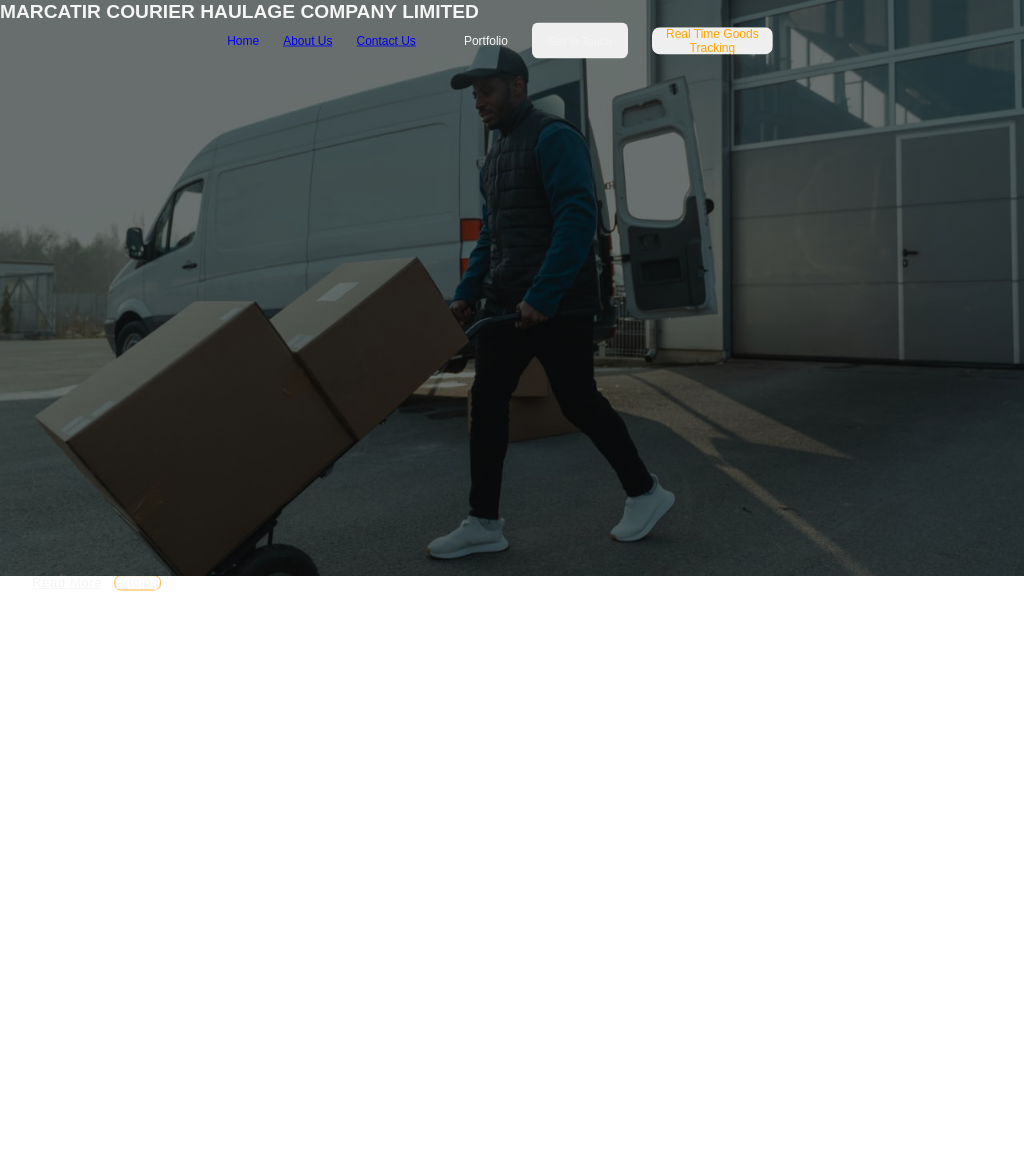
Repository: YagahAi/MARCATIR
Page: INDEX.HTML
An editor plug-in stored every save of this project. The page is shown before and after the next save, followed by the edit.
The browser window is 1280 px wide. The pictures show the whole page, at 80% of full size.

Above is the page before, as saved 2023-09-15 02:28:32.

After the next save:
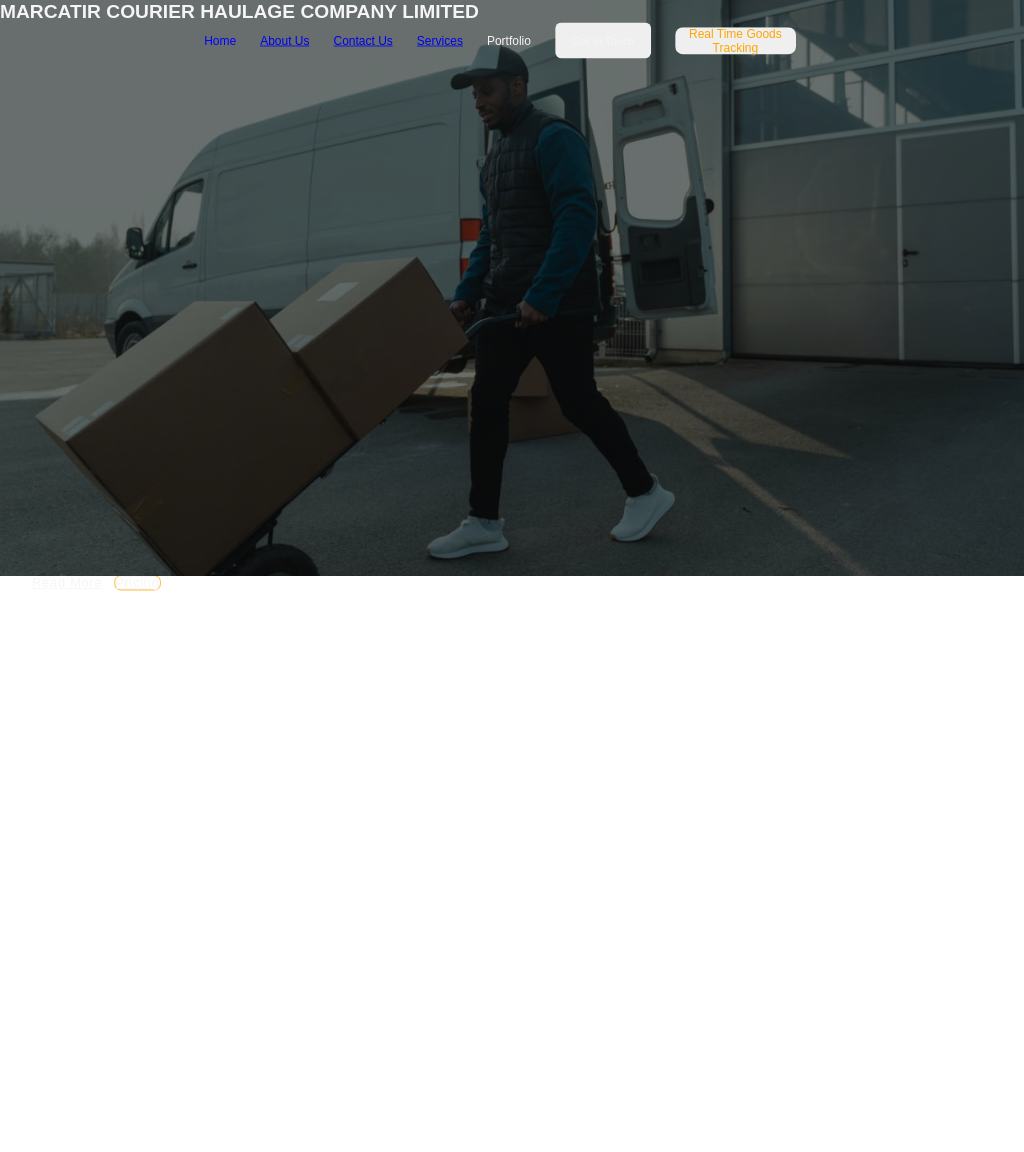
Saved 11 s later.
--- a/INDEX.HTML
+++ b/INDEX.HTML
@@ -14,7 +14,7 @@
                 <li class="active">Home</li>
                 <li><a href="/aboutus.html">About Us</a></li>
                 <li><a href="/contactus.html">Contact Us</a></li>
-                <li><a href="services.html"></a></li>
+                <li><a href="services.html">Services</a></li>
                 <li>Portfolio</li>
                 <li><a href="/form.html" target="_blank"><button class="btn">Get In Touch</button></a></li>
                 <li><button class="btn2">Real Time Goods Tracking</button></li>
